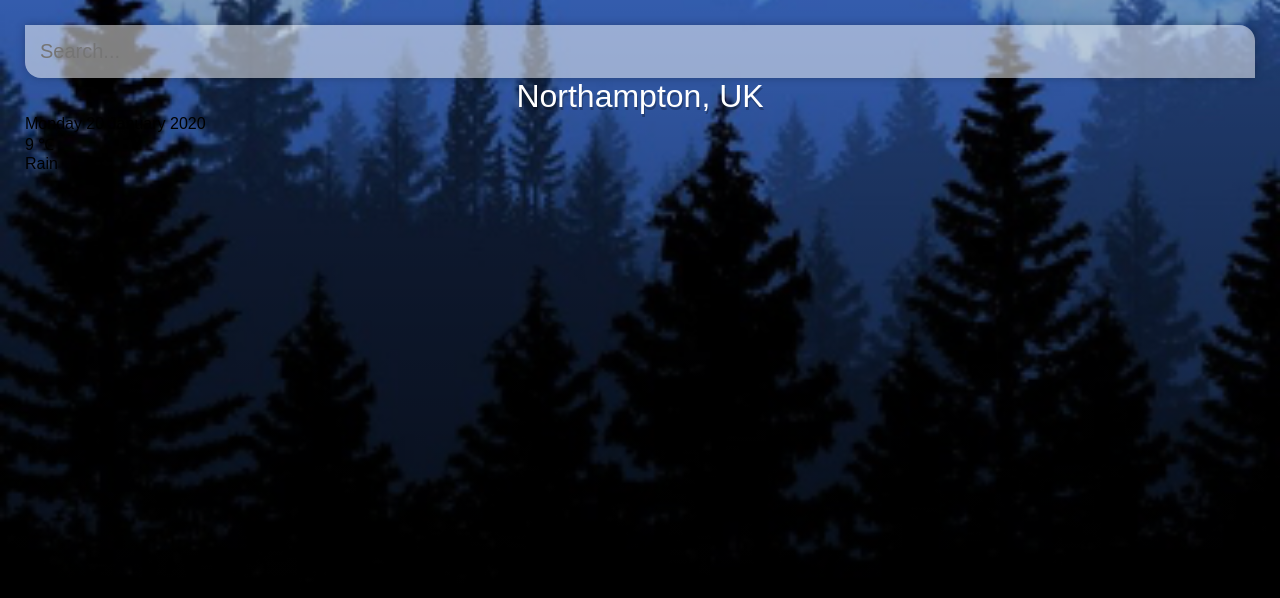
Repository: AbApin/vue-simple-weather-app
Page: /
These files come from the project's save history. The page is drawn as it stood at one moment and after the next save; the edit follows.
The browser window is 1280 px wide. The pictures show the whole page.
The project was rebuilt for these pictures with package versions that can differ from the ones it lists, and the page was loaded fresh each time. Also part of the build but not shown: vue.config.js.

Above is the page before, as saved 2022-11-24 12:14:05.

### src/App.vue
<template>
  <div id="app">
    <main>
      <div class="search-box">
        <input type="text" class="search-bar" placeholder="Search..." />
      </div>

      <div class="weather-wrap">
        <div class="location-box">
          <h3 class="location">Northampton, UK</h3>
          <p class="date">Monday 20 January 2020</p>
        </div>
      </div>

      <div class="wetaher-box">
        <p class="temp">9 ℃</p>
        <p class="weather">Rain</p>
      </div>
    </main>
  </div>
</template>

<script>
export default {
  name: 'App',
};
</script>

<style>
* {
  margin: 0;
  padding: 0;
  box-sizing: border-box;
}
body {
  font-family: 'Montserrat', sans-serif;
}
#app {
  background-image: url('./assets/cold-bg.jpg');
  background-size: cover;
  background-position: bottom;
  transition: 0.4s;
}
main {
  min-height: 100vh;
  padding: 25px;
  background: linear-gradient(to bottom, rgba(0, 0, 0, 0.25), rgba(0, 0, 0, 0.75));
}
.search-box .search-bar {
  display: block;
  width: 100%;
  padding: 15px;
  color: #313131;
  font-size: 20px;
  border: none;
  outline: none;
  appearance: none;
  background: none;
  box-shadow: 0 0 8px rgba(0, 0, 0, 0.25);
  background-color: rgba(255, 255, 255, 0.5);
  border-radius: 0 16px 0 16px;
}
.search-box .search-bar:focus {
  box-shadow: 0 0 16px rgba(0, 0, 0, 0.25);
  background-color: rgba(255, 255, 255, 0.75);
  border-radius: 16px 0 16px 0;
}

.location-box .location{
  color: #fff;
  font-size: 32px;
  font-weight: 500;
  text-align: center;
  text-shadow: 1px 3px rgba(0, 0, 0, 0.25);
}
.location-box .date{

}
</style>

Loaded but not shown: public/index.html (common file); src/main.js (common file)

After the next save:
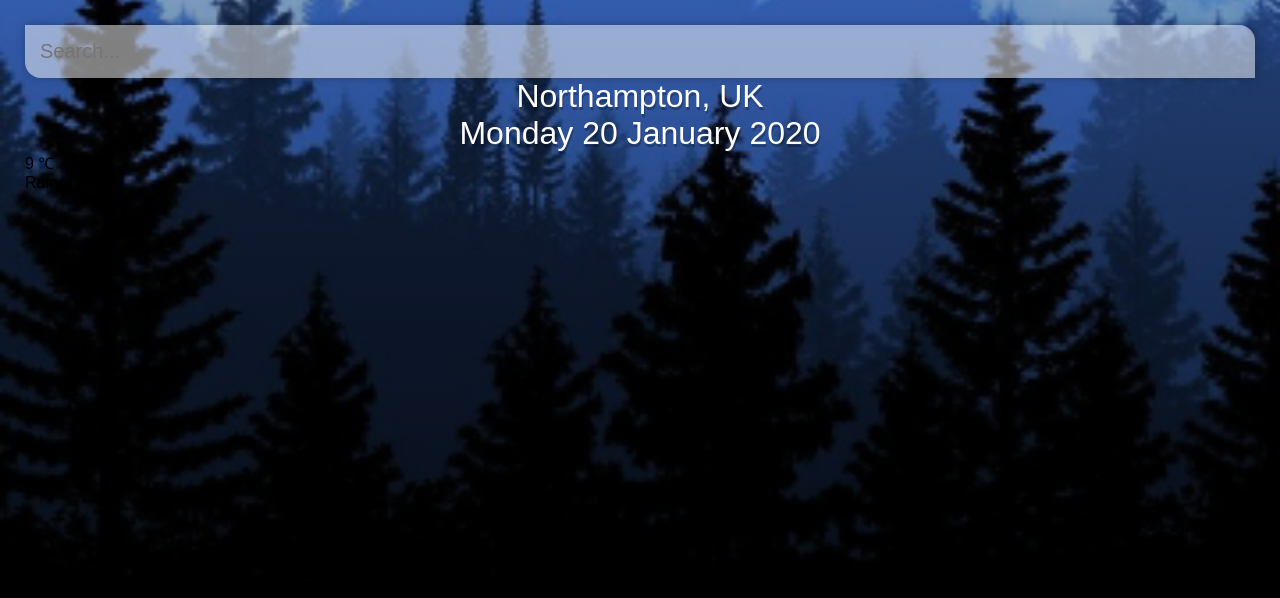
Saved 7 s later.
--- a/src/App.vue
+++ b/src/App.vue
@@ -74,6 +74,10 @@ main {
   text-shadow: 1px 3px rgba(0, 0, 0, 0.25);
 }
 .location-box .date{
-
+  color: #fff;
+  font-size: 32px;
+  font-weight: 500;
+  text-align: center;
+  text-shadow: 1px 3px rgba(0, 0, 0, 0.25);
 }
 </style>
